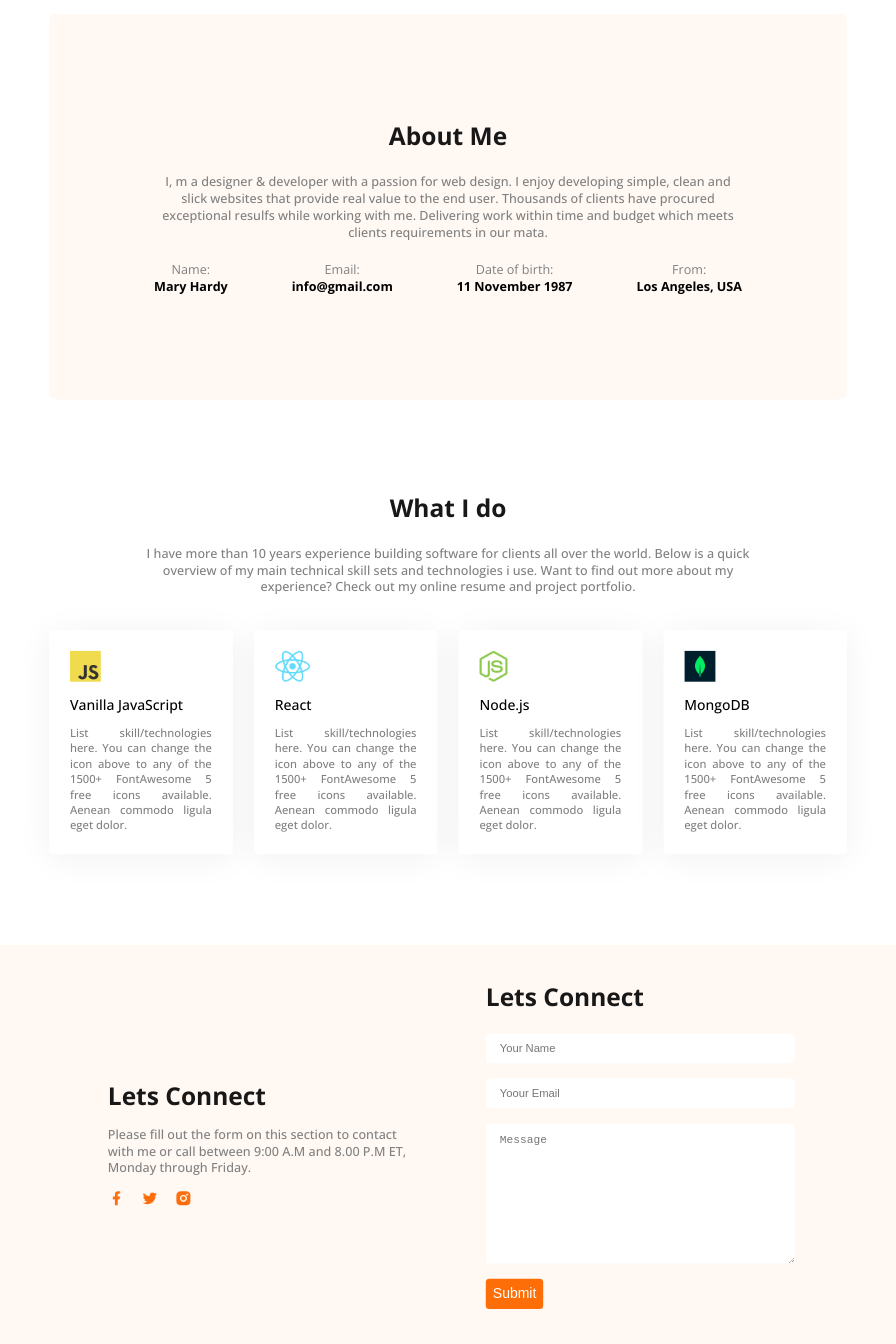
Repository: nahid-hasann/website-1
Page: index.html
The author's editor kept a copy of each file at every save. The page is drawn from the files as they stood at one save, then again after the next save.
The browser window is 1280 px wide. The pictures show the part of the page from y = 927 to 2847 px (the page is 2847 px tall before and 2827 px after), at 70% of full size.

Above is the page before, as saved 2025-07-08 14:16:01.

### index.html
<!DOCTYPE html>
<html lang="en">
<head>
    <meta charset="UTF-8">
    <meta name="viewport" content="width=device-width, initial-scale=1.0">
    <title>Document</title>
    <link rel="preconnect" href="https://fonts.googleapis.com">
<link rel="preconnect" href="https://fonts.gstatic.com" crossorigin>
<link href="https://fonts.googleapis.com/css2?family=Open+Sans:ital,wght@0,300..800;1,300..800&display=swap" rel="stylesheet">
<link rel="stylesheet" href="style.css">
<link rel="stylesheet" href="https://cdnjs.cloudflare.com/ajax/libs/font-awesome/6.7.2/css/all.min.css" integrity="sha512-Evv84Mr4kqVGRNSgIGL/F/aIDqQb7xQ2vcrdIwxfjThSH8CSR7PBEakCr51Ck+w+/U6swU2Im1vVX0SVk9ABhg==" crossorigin="anonymous" referrerpolicy="no-referrer" />
</head>
<body class="open-sans-nahid">

<header class="main-header">
    <nav class="header">
          <div>
            <h3 class="nav-title">Ma<span style="color: #fd6e09;">r</span>y</h3>
          </div>
          <div class="menu">
            <ul>
            <li><a href="" class="dark-2" >Portfolio</a></li>
            <li><a  class="dark-2" href="">Blog</a></li>
            <li><button class="hire-me">Hire Me</button></li>
          </ul>
          </div>
    </nav>

    <div class="banner">

      <div class="banner-container">
        <h4 style="font-size: 45px; font-weight: 400;" class="dark-2">Hi, I  am</h4>
        <h1 style="font-size: 85px;">Mary Hardy</h1>
        <br>
        <p class="banner-description dark-2">
          Shot what able cold new see hold.Friendly as an betrayed formerly he. Morning because as to society behaved moments.
        </p>
        <br>
        <br>
        <button class="hire-me" style="margin-right: 20px;"><i class="fa-solid fa-download" style="margin-right: 5px;"></i>Download Cv</button>
        <button class="btn-2"><i class="fa-solid fa-phone" style="margin-right: 5px;"></i>Contact</button>
      </div>
      <img class="banner-img" src="images/hardy.png" alt="">

    </div>

</header>

<main >

  <section class="section">
      <h3 class="section-title">About Me</h3>
      <p style="font-size: 18px; color: grey; margin-top: 30px;">I, m a designer & developer with a passion for web design. I enjoy developing simple, clean and slick websites that provide real value to the end user. Thousands of clients have procured exceptional resulfs while working with me. Delivering work within time and budget which meets clients requirements in our mata.</p>

      <div class="about-items">

    <div class="about-item">
      <p class="item-title">Name:</p>
      <p class="item-description">Mary Hardy</p>
    </div>
    <div class="about-item">
      <p class="item-title">Email:</p>
      <p class="item-description">info@gmail.com</p>
    </div>
    <div class="about-item">
      <p class="item-title">Date of birth:</p>
      <p class="item-description">11 November 1987</p>
    </div>
    <div class="about-item">
      <p class="item-title">From:</p>
      <p class="item-description">Los Angeles, USA</p>
    </div>

  </div>

  </section>

  <section class="skiill">
            <h3 class="section-title">What I do</h3>
            <p style="font-size: 18px; color: grey; margin-top: 30px; width: 909px; margin: 0px auto; margin-top: 30px;">I have more than 10 years experience building software for clients all over the world. Below is a quick overview of my main technical skill sets and technologies i use. Want to find out more about my experience? Check out my online resume and project portfolio.</p>

         <div class="skills-container">

          <div class="skkis-veriation">
            <img src="images/icons/js.png" alt="" class="skiils-img">
            <p class="skills-heading">Vanilla JavaScript</p>
            <p class="skiils-description"> List skill/technologies here. You can change the icon above to any of the 1500+ FontAwesome 5 free icons available. Aenean commodo ligula eget dolor.</p>
          </div>
          <div class="skkis-veriation">
            <img src="images/icons/react.png" alt="" class="skiils-img">
            <p class="skills-heading">React</p>
            <p class="skiils-description">List skill/technologies here. You can change the icon above to any of the 1500+ FontAwesome 5 free icons available. Aenean commodo ligula eget dolor.</p>
          </div>
          <div class="skkis-veriation">
            <img src="images/icons/nodejs.png" alt="" class="skiils-img">
            <p class="skills-heading">Node.js</p>
            <p class="skiils-description">List skill/technologies here. You can change the icon above to any of the 1500+ FontAwesome 5 free icons available. Aenean commodo ligula eget dolor.</p>
          </div>
          <div class="skkis-veriation">
            <img src="images/icons/mongo.png" alt="" class="skiils-img">
            <p class="skills-heading">MongoDB</p>
            <p class="skiils-description">List skill/technologies here. You can change the icon above to any of the 1500+ FontAwesome 5 free icons available. Aenean commodo ligula eget dolor.</p>
          </div>

         </div>

  </section>

</main>

<!-- .about-items*4>p.item-title+p.item-description  -->


<div class="main-footer">

     <div class="footer-column">
        <h3 class="section-title">Lets Connect</h3>
        <p style="font-size: 18px; color: grey; margin: 20px 0px;">Please fill out the form on this section to contact with me or call between 9:00 A.M and 8.00 P.M ET, Monday through Friday.</p>
        <img src="images/icons/facebook.png" alt="">
        <img style="margin: 0px 20px;" src="images/icons/twitter.png" alt="">
        <img src="images/icons/insta.png" alt="">
     </div>

     <div class="footer-column">

        <h3 class="section-title" style=" margin-bottom: 30px;">Lets Connect</h3>
        <form class="form" action="">
            <input type="text" name="" placeholder="Your Name" id=""> <br>
            <input type="email" name="" placeholder="Yoour Email" id=""> <br>
            <textarea name="" placeholder="Message" id=""></textarea> <br>
            <button class="hire-me" >Submit</button>
        </form>

     </div>

</div>


</body>
</html>

### style.css
* {
  margin: 0;
  padding: 0;
  box-sizing: border-box;
}


.open-sans-nahid {
  font-family: "Open Sans", sans-serif;
  font-optical-sizing: auto;
  font-style: normal;
  font-variation-settings: "wdth" 100;
  font-weight: 500;
}

.main-header{
    background-image: url('images/developer.png'), url('images/header_bg.png') ;
    background-repeat: no-repeat;
    background-position: 60px  28px, bottom right ;
    background-color: #fff8f3;
}



.header{
    display: flex;
    justify-content: space-around;
    gap: 250px;
    align-items: center;
    /* background-color: red; */
    padding: 15px 0px;
}

.nav-title{
    font-weight: 800;
    font-size: 45px;
}

.menu ul{
    display: flex;
    gap: 30px;
    align-items: center;
}

.menu ul li{
    list-style: none;

}

.menu ul li a{
    text-decoration: none;
    font-size: 20px;
}

.hire-me{
    background-color: #fd6e09;
    padding: 10px;
    border-radius: 5px;
    color: white;
    border: none;
    font-size: 20px;
}

.btn-2{
    padding: 10px;
    border-radius: 5px;
    color: #fd6e09;
    border: 1px solid  #fd6e09;
    font-size: 20px;
    background-color: #fff8f3;
}

.dark-2{
    color: #474747;
}

.banner-container{
    width: 585px;
}

.banner-description{
    font-size: 18px;
}

.banner-img{
    width: 584px;
    height: 676px;
}

.banner{
    display: flex;
    align-items: center;
    justify-content: space-around;
    margin: 50px 0px 0px 170px;

}

.section{
    background-color: #fff8f3;
    padding: 150px;
    text-align: center;
    border-radius: 10px;
    margin: 130px 0px;
}

.section-title{
    font-size: 35px;
    font-weight: bold;
    color: #181818;
}

main{
    max-width: 1140px;
     margin: 0px auto;
}

.about-items{
    display: flex;
    justify-content: space-between;
}

.item-title{
    font-size: 18px;
    font-weight: 300;
    color: grey;
    margin-top: 30px;
}

.item-description{
    font-size: 18px ;
    font-weight: 700;
}

.skiill{
    text-align: center;
    margin-bottom: 130px;
}

.skills-container{
    display: flex;
    margin-top: 30px;
    gap: 30px;
    text-align: justify;
}

.skkis-veriation{
    background-color: #FFFFFF;
    box-shadow: 0px 6px 50px 0px rgba(0, 0, 0, 0.06);
padding: 30px;
border-radius: 5px;
margin-top: 20px;
}

.skills-heading{
    margin: 15px 0px;
    font-size: 20px ;
    font-weight: 700px;
}

.skiils-description{
     font-size: 16px;
     color: grey;
}

.resume{
    margin-bottom: 130px;
}

.resume-container{
    display: flex;
    gap: 40px;
    margin-top: 50px;
}

.resume h3{
    margin-bottom: 100px;
}

.resume-column h3{
    font-size: 30px ;
    font-weight: 700;
    margin-bottom: 20px;
}

.resume-column-title{
    font-size: 30px;
    font-weight: 700;
}

.experience{
    padding-right: 50px;
}

.experience-title{
        font-size: 25px;
    font-weight: 700;
    margin-bottom: 5px;
}

.experience-subtitle{
    font-size: 20px;
    font-weight: 600;

    color: rgba(117, 117, 117, 1);
}

.experince-description{
    margin-top: 20px;
    margin-bottom: 20px;
    font-size: 16px;
    color: rgba(117, 117, 117, 1);
}


.main-footer{
    margin-top: 130px;
    background-color: rgba(255, 248, 243, 1);
    padding: 50px 100px;
    display: flex;
    justify-content: space-around;
    align-items: center;
}

.footer-column{
    max-width: 40%;
}

.form input{
      display: block;
      padding: 12px 20px;
      width: 441px;
      font-size: 16px;
      border: none;
      border-radius: 5px;
}

.form textarea{
     width: 441px;
     font-size: 16px;
     border: none;
      border-radius: 5px;
      display: block;
      padding: 15px 20px;
      height: 200px;
}

After the next save:
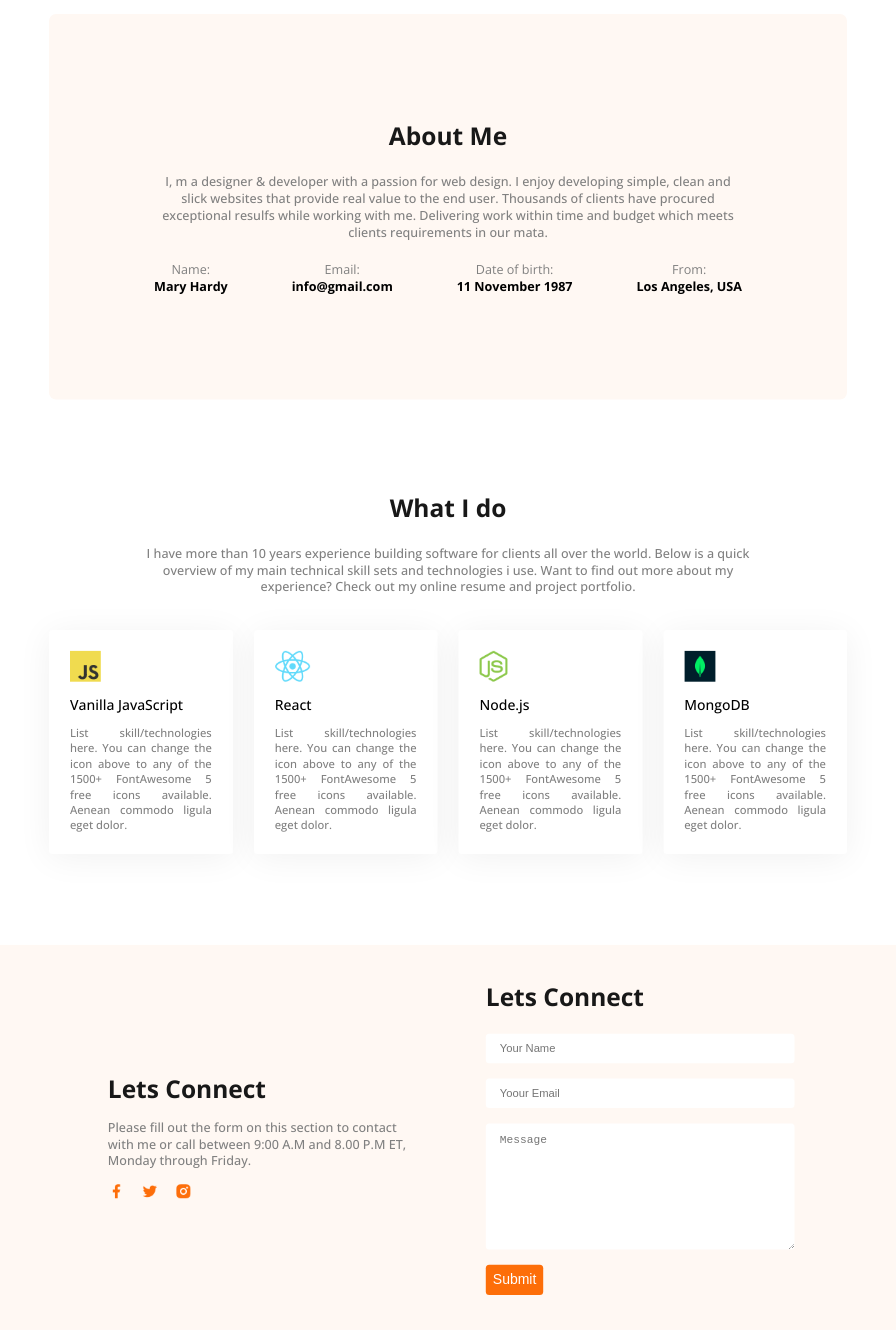
Saved 16 s later.
--- a/style.css
+++ b/style.css
@@ -241,5 +241,5 @@ margin-top: 20px;
       border-radius: 5px;
       display: block;
       padding: 15px 20px;
-      height: 200px;
-}
+      height: 180px;
+}
